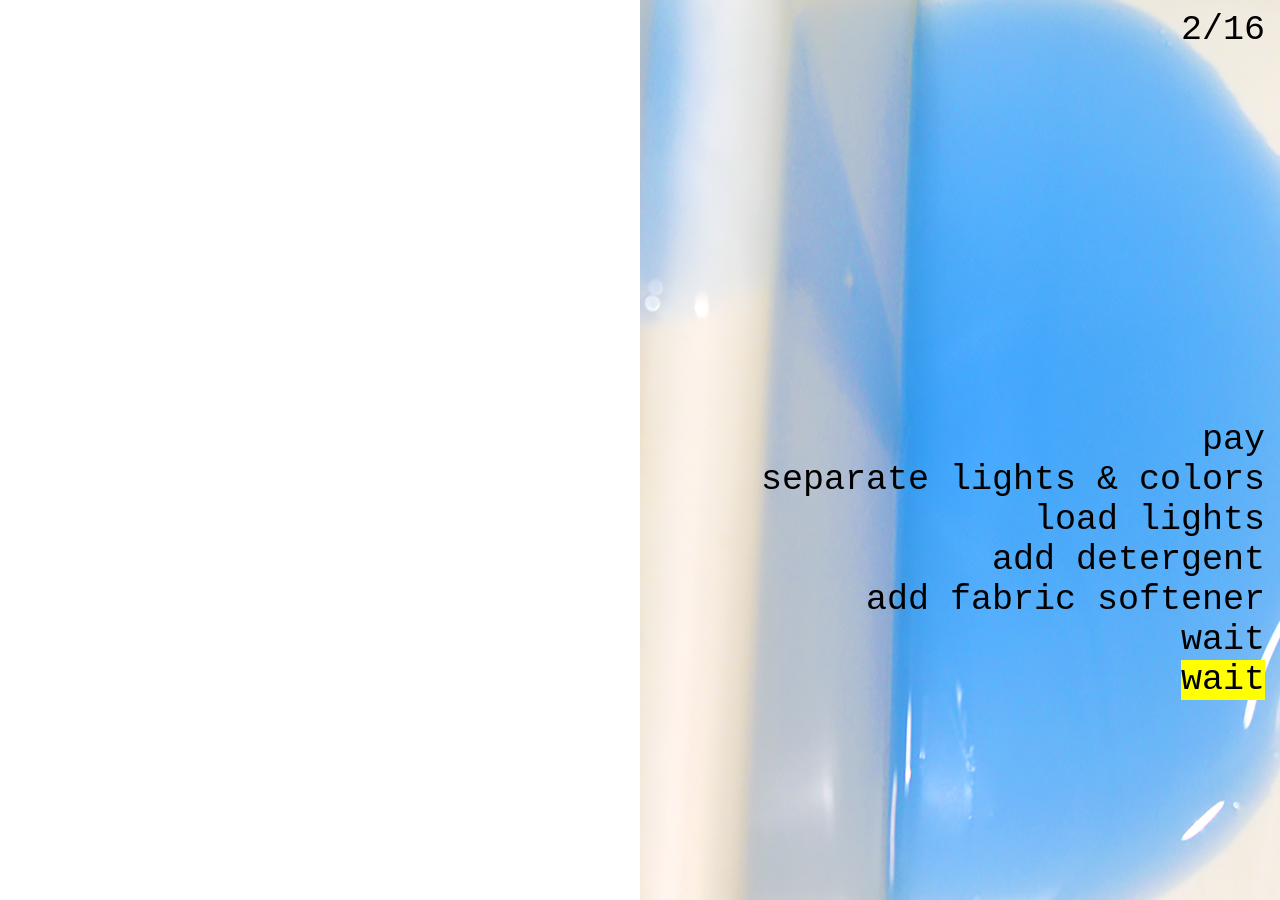
Repository: ortik455/ortik455.github.io
Page: studio/laundrysite/seven.html
The author's editor kept a record of every edit. The page is drawn from the files as they stood at one moment, then again after the next edit.
The browser window is 1280 px wide. The pictures show the whole page.

Above is the page before.

After the next edit:
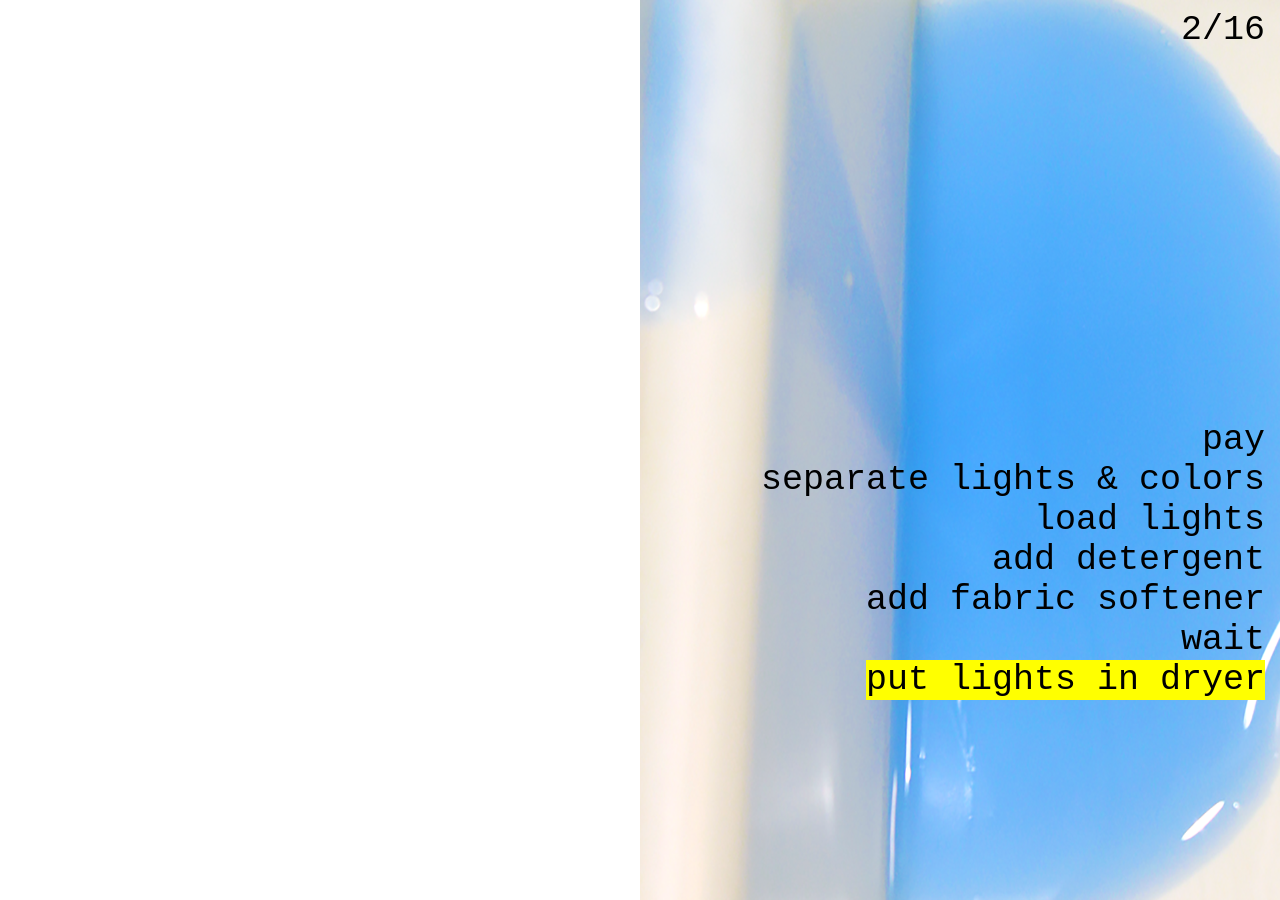
The edit:
--- a/studio/laundrysite/seven.html
+++ b/studio/laundrysite/seven.html
@@ -27,7 +27,7 @@
 		  	<br>
 		  	wait
 		  	<br>
-		  	<mark>wait</mark>
+		  	<mark>put lights in dryer</mark>
 		</div>
 	  </div>
 
